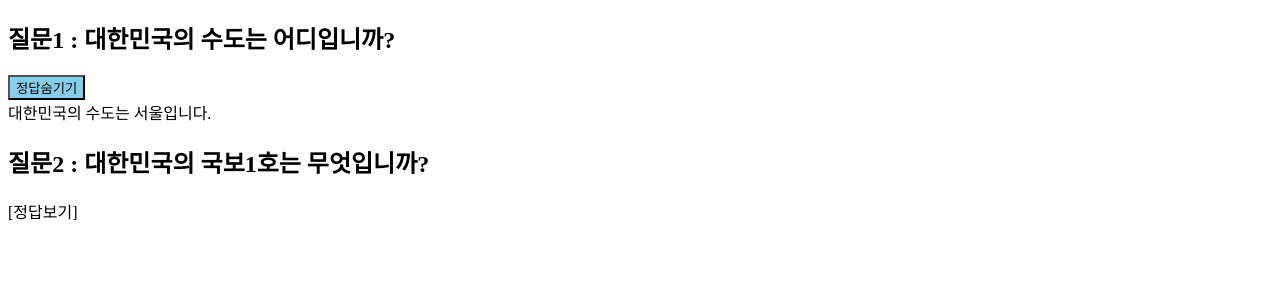
Repository: yoojisoo/YONSAI
Page: http://localhost/teatJava/html/script05.jsp
An editor plug-in stored every save of this project. The page is shown before and after the next save, followed by the edit.
The browser window is 1280 px wide. The pictures show the whole page.
After loading, the first visible `button.q1` was clicked once.
The page is served by Tomcat 9.

Above is the page before, as saved 2021-08-20 05:40:53.

### jsworkspace/teatJava/src/main/webapp/html/script05.jsp
<%@ page language="java" contentType="text/html; charset=UTF-8"
    pageEncoding="UTF-8"%>
<!DOCTYPE html>
<html>
<head>
<meta charset="UTF-8">
<title>정답보기</title>
<script src="../js/jquery-3.6.0.js"></script> <!--제이쿼리라이브러리-->
<script>
	var count1=0;
	var count2=0;
	$(document).ready(function(){
		$("ans").hide();
		$("button.q1").click(function(){
			count1++;
				if(count1%2==1){
					$("ans.q1").show();
					$("button.q1").text("정답숨기기");
					$("button.q1").css("background-color","skyblue");

				}else{
					$("ans.q1").hide();
					$("button.q1").text("정답보기");
				}
		});
		$("p.q2").click(function(){
			count2++;
				if(count2%2==1){
					$("ans.q2").show();

				}else{
					$("ans.q2").hide();
				}
		});
	});
</script>
</head>
<body>
	<h2>질문1 : 대한민국의 수도는 어디입니까?</h2>
		<button class="q1">정답보기</button><br>
		<ans class="q1">대한민국의 수도는 서울입니다.</ans>


	<h2>질문2 : 대한민국의 국보1호는 무엇입니까?</h2>
		<p class="q2">[정답보기]</p>
		<ans class="q2">대한민국의 국보1호는 숭례문입니다.</ans>
</body>
</html>

Loaded but not shown: jsworkspace/teatJava/src/main/webapp/js/jquery-3.6.0.js (library)

After the next save:
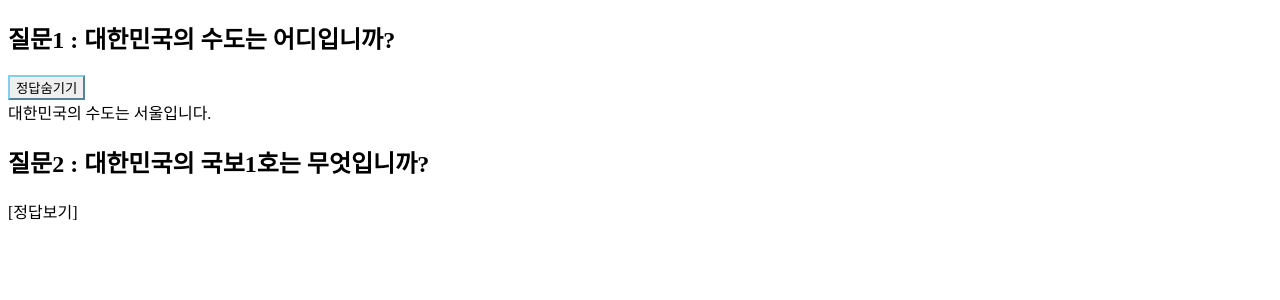
Saved 22 s later.
--- a/jsworkspace/teatJava/src/main/webapp/html/script05.jsp
+++ b/jsworkspace/teatJava/src/main/webapp/html/script05.jsp
@@ -16,7 +16,7 @@
 				if(count1%2==1){
 					$("ans.q1").show();
 					$("button.q1").text("정답숨기기");
-					$("button.q1").css("background-color","skyblue");
+					$("button.q1").css("border-color","skyblue");
 
 				}else{
 					$("ans.q1").hide();
